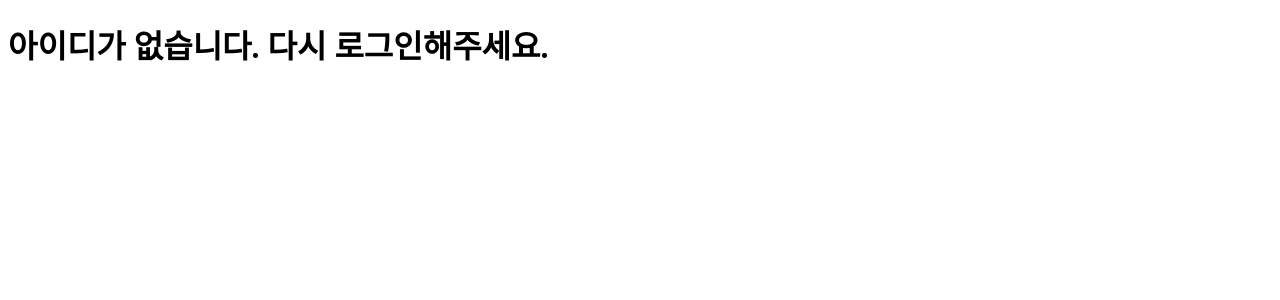
Repository: gowjd4419/jsp
Page: http://localhost/JSPBasic/jspobject/cookie/login_id_fail.jsp
An editor plug-in stored every save of this project. The page is shown before and after the next save, followed by the edit.
The browser window is 1280 px wide. The pictures show the whole page.
The page is served by Tomcat 9.

Above is the page before, as saved 2022-03-29 08:35:32.

After the next save:
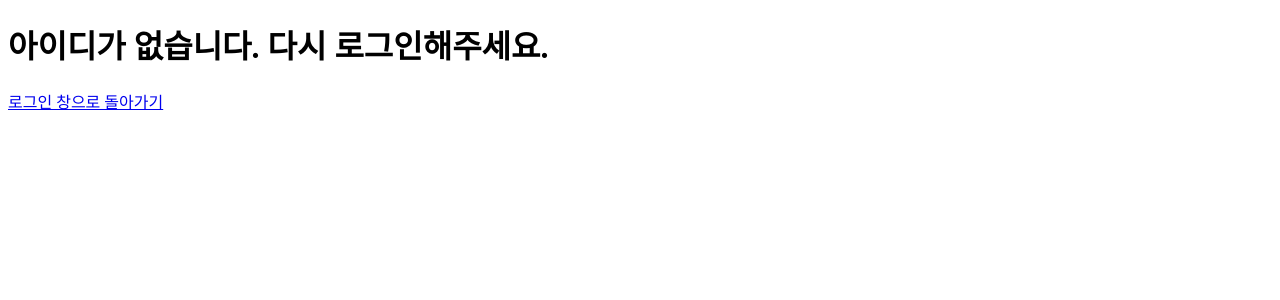
Saved 24 s later.
--- a/JSPBasic/src/main/webapp/jspobject/cookie/login_id_fail.jsp
+++ b/JSPBasic/src/main/webapp/jspobject/cookie/login_id_fail.jsp
@@ -8,5 +8,6 @@
 </head>
 <body>
 <h1>아이디가 없습니다. 다시 로그인해주세요.</h1>
+<a href="http://localhost:8181/JSPBasic/jspobject/cookie/cookie_login.jsp">로그인 창으로 돌아가기</a>
 </body>
 </html>
